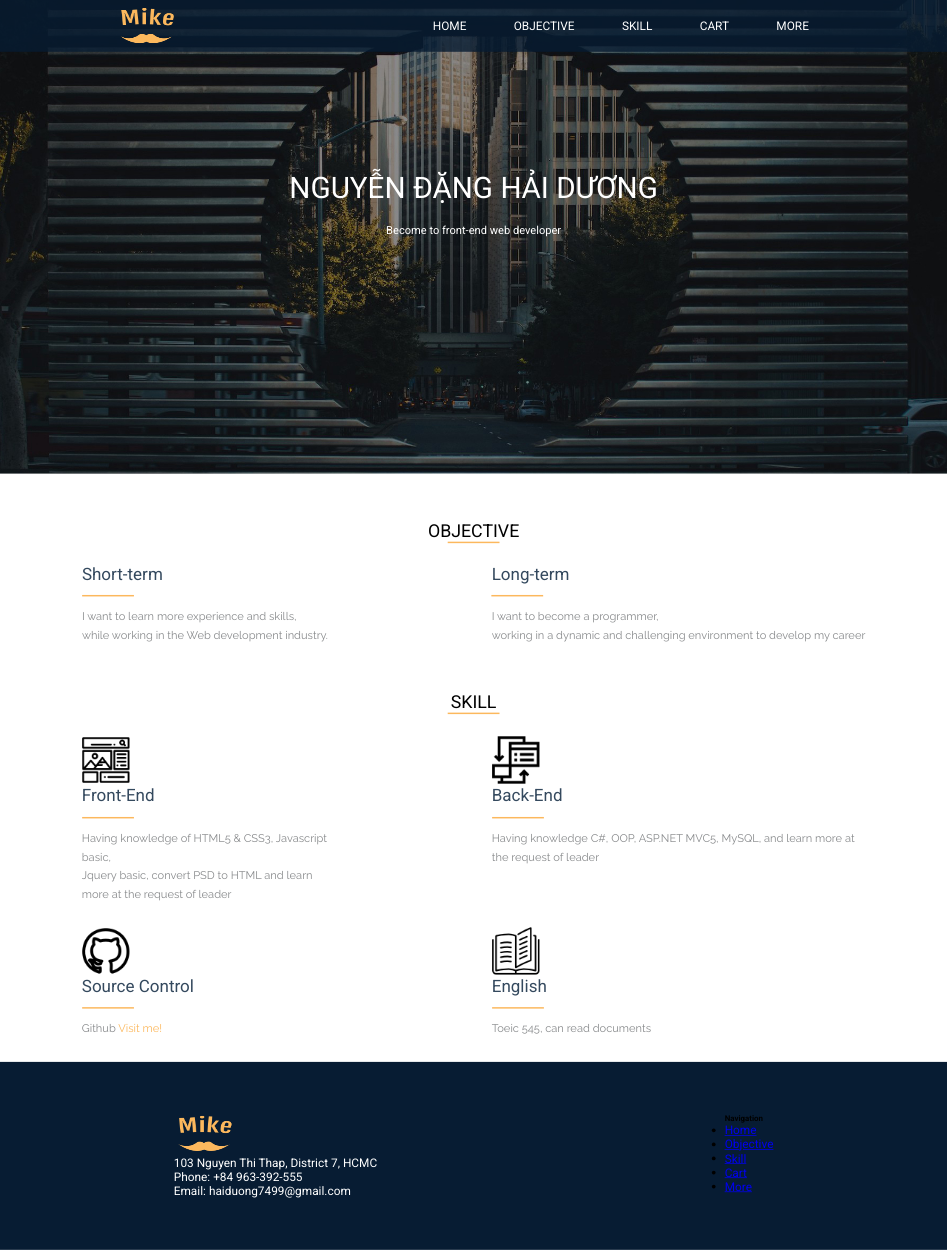
Repository: haiduong7499/Personal-Profile
Page: index.html
An editor plug-in stored every save of this project. The page is shown before and after the next save, followed by the edit.
The browser window is 1280 px wide. The pictures show the whole page, at 74% of full size.

Above is the page before, as saved 2021-03-02 13:03:26.

After the next save:
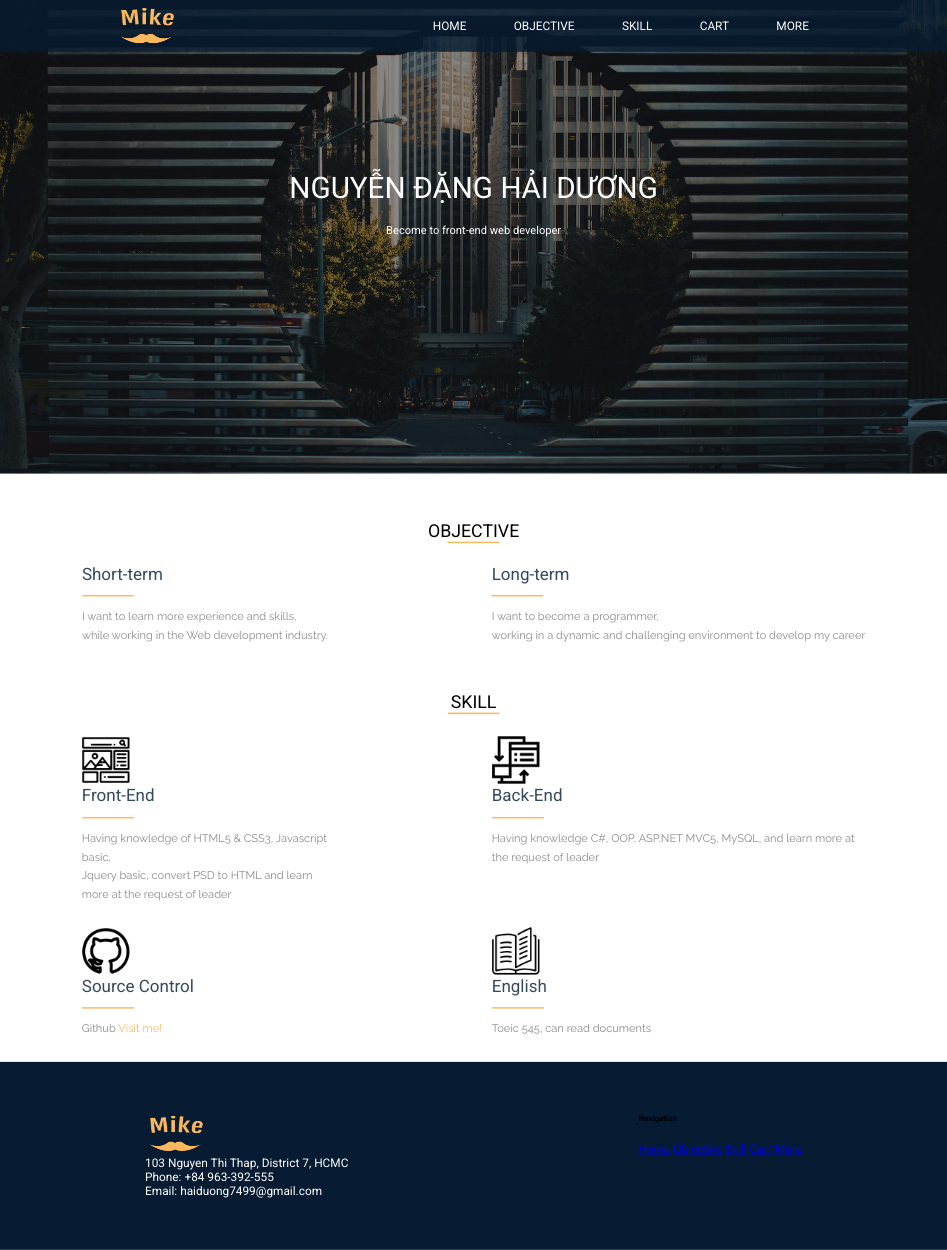
Saved 28 s later.
--- a/style/style.css
+++ b/style/style.css
@@ -27,7 +27,7 @@
 }
 
 
-#navbar li {
+li {
     list-style: none;
     line-height: 70px;
     display:inline-block;

After the save that followed:
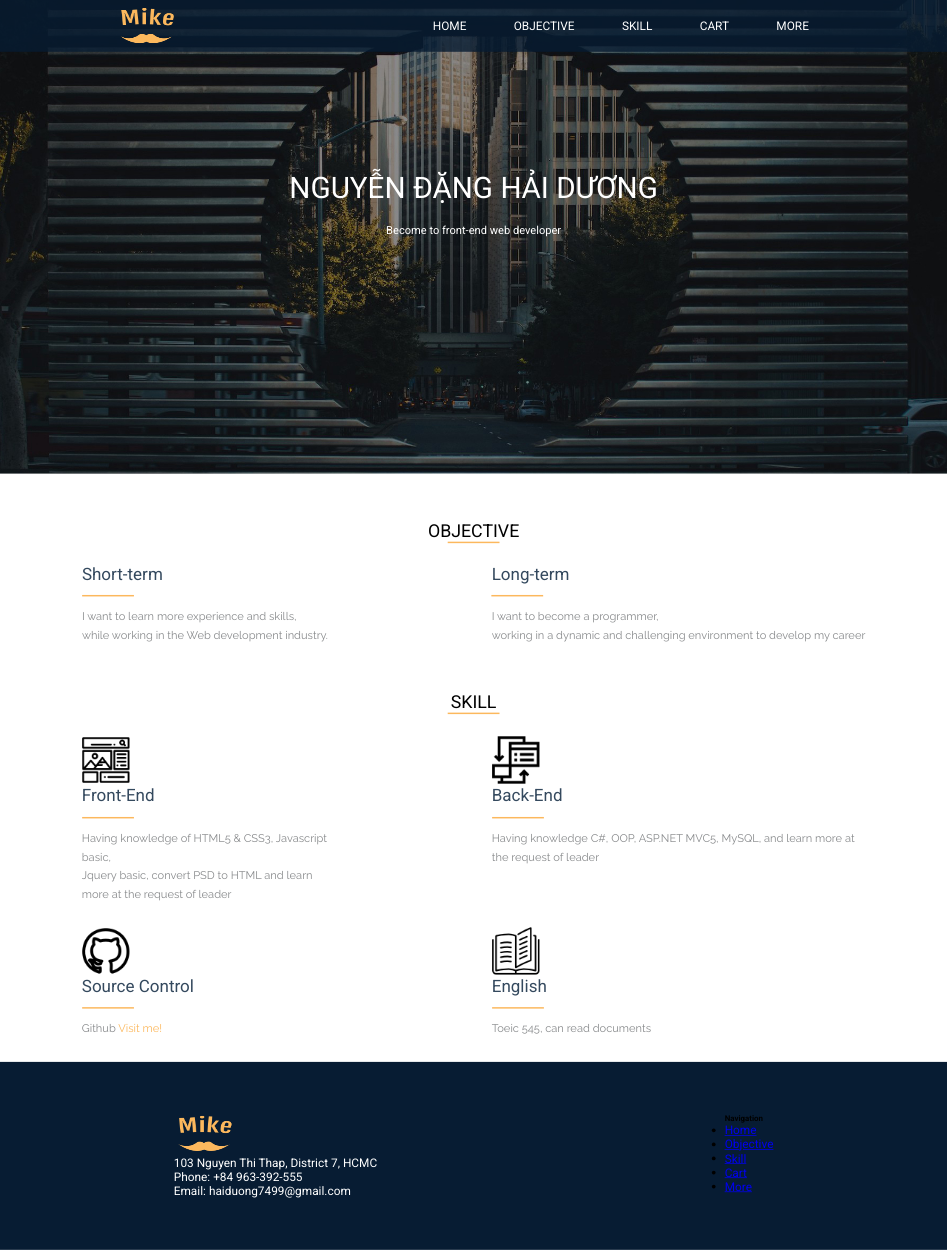
Saved 16 s later.
--- a/style/style.css
+++ b/style/style.css
@@ -27,7 +27,7 @@
 }
 
 
-li {
+#navbar li {
     list-style: none;
     line-height: 70px;
     display:inline-block;
